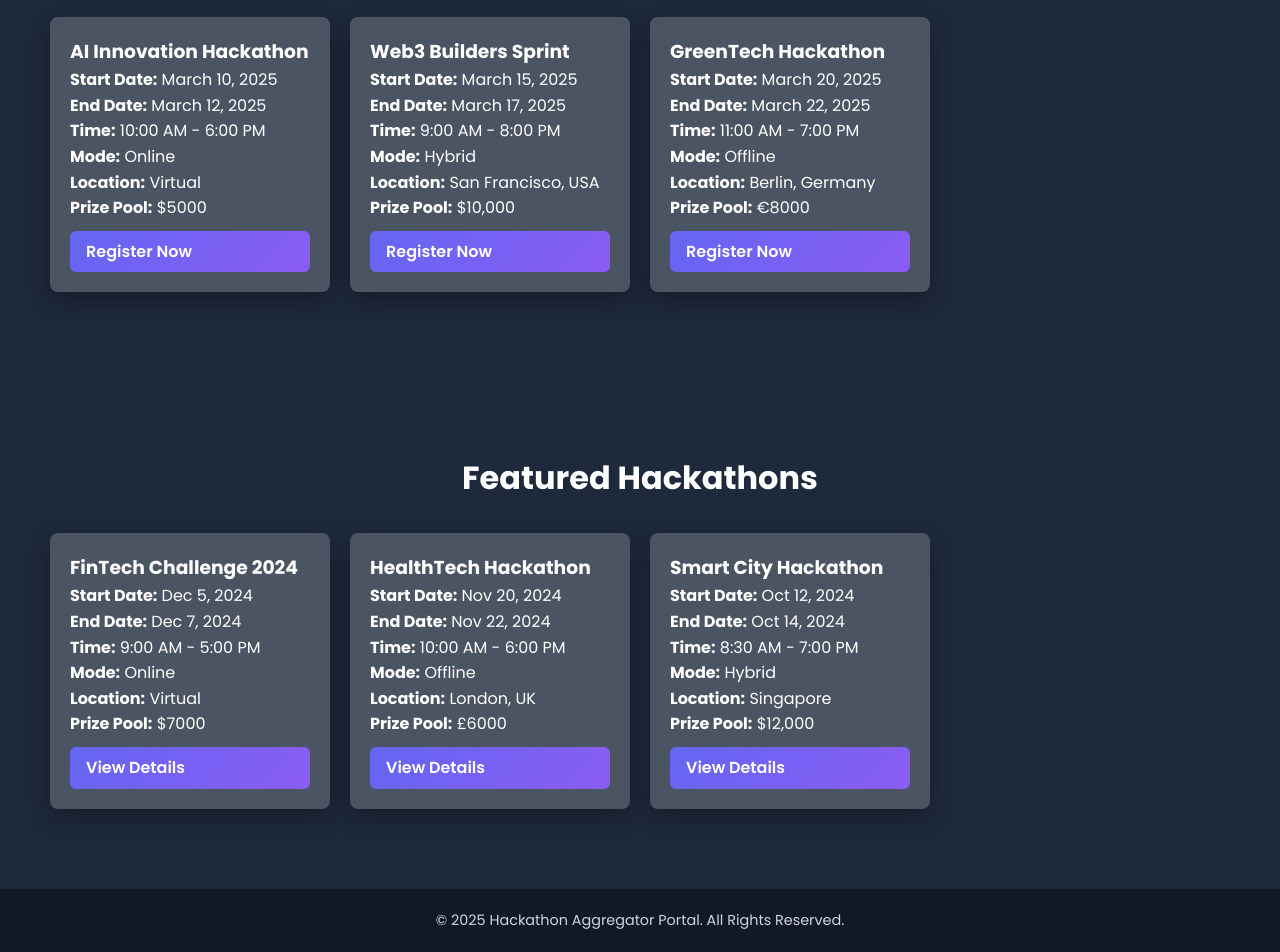
Repository: masihuddin-tech/Hackathon-Project
Page: index.html
An editor plug-in stored every save of this project. The page is shown before and after the next save, followed by the edit.
The browser window is 1280 px wide. The pictures show the part of the page from y = 864 to 1816 px (the page is 1816 px tall).
Backgrounds fixed to the window are drawn as part of the page.

Above is the page before, as saved 2025-09-07 13:01:54.
Not found: app.js

### index.html
<!DOCTYPE html>
<html lang="en">
<head>
  <meta charset="UTF-8" />
  <meta name="viewport" content="width=device-width, initial-scale=1.0" />
  <title>Hackathon Aggregator Portal</title>
  <link rel="stylesheet" href="style.css" />
  <link href="https://fonts.googleapis.com/css2?family=Poppins:wght@400;600;700&display=swap" rel="stylesheet" />
</head>
<body>

  <!-- Navbar -->
<header class="navbar">
  <div class="logo">HackPortal</div>
  <nav>
    <div class="nav-links">
      <a href="#current">Current Hackathons</a>
      <a href="#past">Featured Hackathons</a>
    </div>
    <div class="nav-buttons">
      <a href="login.html" id="login-btn" class="login-btn">Log In</a>
      <a href="signup.html" id="signup-btn" class="signup-btn">Sign Up</a>
    </div>
  </nav>

</header>

  <!-- Hero Section with Parallax -->
  <section class="hero">
    <div class="hero-content">
      <h1>Discover Your Next Big Coding Challenge</h1>
      <p>Join exciting hackathons, build innovative projects, and connect with the coding community.</p>
      <a href="#current" class="btn-secondary">Explore Hackathons</a>
    </div>
  </section>

  <!-- Current Hackathons -->
<section id="current" class="hackathons-section">
  <h2>Upcoming Hackathons</h2>
  <div class="hackathon-grid" id="current-hackathons">
    <!-- Dummy Cards -->
    <div class="card">
      <h3>AI Innovation Hackathon</h3>
      <p><strong>Start Date:</strong> March 10, 2025</p>
      <p><strong>End Date:</strong> March 12, 2025</p>
      <p><strong>Time:</strong> 10:00 AM - 6:00 PM</p>
      <p><strong>Mode:</strong> Online</p>
      <p><strong>Location:</strong> Virtual</p>
      <p><strong>Prize Pool:</strong> $5000</p>
      <a href="#">Register Now</a>
    </div>

    <div class="card">
      <h3>Web3 Builders Sprint</h3>
      <p><strong>Start Date:</strong> March 15, 2025</p>
      <p><strong>End Date:</strong> March 17, 2025</p>
      <p><strong>Time:</strong> 9:00 AM - 8:00 PM</p>
      <p><strong>Mode:</strong> Hybrid</p>
      <p><strong>Location:</strong> San Francisco, USA</p>
      <p><strong>Prize Pool:</strong> $10,000</p>
      <a href="#">Register Now</a>
    </div>

    <div class="card">
      <h3>GreenTech Hackathon</h3>
      <p><strong>Start Date:</strong> March 20, 2025</p>
      <p><strong>End Date:</strong> March 22, 2025</p>
      <p><strong>Time:</strong> 11:00 AM - 7:00 PM</p>
      <p><strong>Mode:</strong> Offline</p>
      <p><strong>Location:</strong> Berlin, Germany</p>
      <p><strong>Prize Pool:</strong> €8000</p>
      <a href="#">Register Now</a>
    </div>
  </div>
</section>

<!-- Past Hackathons -->
<section id="past" class="hackathons-section">
  <h2>Featured Hackathons</h2>
  <div class="hackathon-grid" id="past-hackathons">
    <!-- Dummy Cards -->
     <div class="card">
      <h3>FinTech Challenge 2024</h3>
      <p><strong>Start Date:</strong> Dec 5, 2024</p>
      <p><strong>End Date:</strong> Dec 7, 2024</p>
      <p><strong>Time:</strong> 9:00 AM - 5:00 PM</p>
      <p><strong>Mode:</strong> Online</p>
      <p><strong>Location:</strong> Virtual</p>
      <p><strong>Prize Pool:</strong> $7000</p>
      <a href="#">View Details</a>
    </div>

    <div class="card">
      <h3>HealthTech Hackathon</h3>
      <p><strong>Start Date:</strong> Nov 20, 2024</p>
      <p><strong>End Date:</strong> Nov 22, 2024</p>
      <p><strong>Time:</strong> 10:00 AM - 6:00 PM</p>
      <p><strong>Mode:</strong> Offline</p>
      <p><strong>Location:</strong> London, UK</p>
      <p><strong>Prize Pool:</strong> £6000</p>
      <a href="#">View Details</a>
    </div>

    <div class="card">
      <h3>Smart City Hackathon</h3>
      <p><strong>Start Date:</strong> Oct 12, 2024</p>
      <p><strong>End Date:</strong> Oct 14, 2024</p>
      <p><strong>Time:</strong> 8:30 AM - 7:00 PM</p>
      <p><strong>Mode:</strong> Hybrid</p>
      <p><strong>Location:</strong> Singapore</p>
      <p><strong>Prize Pool:</strong> $12,000</p>
      <a href="#">View Details</a>
    </div>
  </div>
</section>


  <!-- Footer -->
  <footer>
    <p>© 2025 Hackathon Aggregator Portal. All Rights Reserved.</p>
  </footer>
  <script src="app.js" type="module"></script>

</body>
</html>

### style.css
/* Reset */
* {
  margin: 0;
  padding: 0;
  box-sizing: border-box;
}

html {
  scroll-behavior: smooth;
}

body {
  font-family: 'Poppins', sans-serif;
  background: #0f172a; /* dark base */
  color: #f1f5f9;
  line-height: 1.6;
}

/* Navbar */
/* Frosted Glass Navbar */
.navbar {
  position: fixed;
  top: 0;
  left: 0;
  width: 100%;
  backdrop-filter: blur(12px) saturate(180%);
  -webkit-backdrop-filter: blur(12px) saturate(180%);
  background: rgba(255, 255, 255, 0.25); /* semi-transparent */
  border-bottom: 1px solid rgba(255, 255, 255, 0.3);
  display: flex;
  align-items: center;
  justify-content: space-between;
  padding: 15px 50px;
  z-index: 1000;
}



/* Logo left aligned */
.navbar .logo {
  font-size: 1.8rem;
  font-weight: 700;
  color: #ffffff;
  text-shadow: 0 1px 4px rgba(0, 0, 0, 0.4);
}


/* Nav container */
.navbar nav {
  flex: 1 1 auto;
  display: flex;
  justify-content: center;
  align-items: center;
  gap: 40px;
  position: relative;
}

/* Nav links center */
.navbar nav .nav-links {
  display: flex;
  gap: 30px;
  margin-left: -200px; /* slight left shift */
}

/* Login / Signup right */
.navbar nav .nav-buttons {
  position: absolute;
  right: -30px;
  top: 50%;
  transform: translateY(-50%);
  display: flex;
  gap: 10px;
}

/* General nav link style */
.navbar nav a {
  padding: 8px 16px;
  border: 2px solid #ffffff;
  border-radius: 25px;
  color: #ffffff;
  text-decoration: none;
  font-weight: 600;
  transition: all 0.3s ease;
  white-space: nowrap;
}

.navbar nav a:hover {
  background: rgba(255, 255, 255, 0.2);
  color: #030303; /* gold highlight on hover */
  border-color: #0b0b0a;
  transform: scale(1.05);
}

/* Login button */
#login-btn,#signup-btn {
  border: 2px solid #ffffff;
  color: white;
  border-radius: 25px;
  padding: 8px 18px;
  font-weight: 600;
  transition: all 0.3s ease;
}

#login-btn:hover,#signup-btn:hover {
  background: linear-gradient(135deg, #6366f1, #8b5cf6);
  border: 2px solid #ffffff;
  color: white;
  transform: scale(1.1);
}

/* Responsive */
@media (max-width: 768px) {
  .navbar {
    flex-wrap: wrap;
    padding: 10px 20px;
  }
  .navbar nav {
    flex-basis: 100%;
    justify-content: center;
    margin: 10px 0;
    position: static;
  }
  .navbar nav .nav-buttons {
    position: static;
    margin-top: 10px;
    justify-content: center;
    width: 100%;
  }
}

/* Hero Section */
.hero {
  background: linear-gradient(
      rgba(17, 17, 17, 0.6),
      rgba(17, 17, 17, 0.6)
    ),
    url('https://images.unsplash.com/photo-1555066931-4365d14bab8c?fit=crop&w=1600&q=80') center/cover fixed;
  height: 100vh;
  display: flex;
  align-items: center;
  justify-content: center;
  text-align: center;
  color: white;
  position: relative;
}

.hero h1 {
  font-size: 3.5rem;
  font-weight: 800;
  margin-bottom: 15px;
}

.hero p {
  font-size: 1.3rem;
  margin-bottom: 30px;
  color: #e5e7eb;
}

/* Hero Button */
.btn-secondary {
  padding: 12px 30px;
  border-radius: 8px;
  font-size: 1.1rem;
  font-weight: 600;
  background: linear-gradient(135deg, #6366f1, #8b5cf6);
  color: white;
  text-decoration: none;
  display: inline-block;
  transition: all 0.3s ease;
  border-radius: 50px;
}

.btn-secondary:hover {
  background: linear-gradient(135deg, #8b5cf6, #6366f1);
  box-shadow: 0 0 18px rgba(139, 92, 246, 0.8);
}

/* Hackathon Cards */
.hackathons-section {
  padding: 80px 50px;
  background: #1e293b;
  color: white;
}

.hackathons-section h2 {
  text-align: center;
  font-size: 2rem;
  margin-bottom: 30px;
}

.hackathon-grid {
  display: grid;
  grid-template-columns: repeat(auto-fill, minmax(280px, 1fr));
  gap: 20px;
}


.card {
  background: rgb(255, 255, 255, 0.2);
  border-radius: 8px;
  padding: 20px;
  box-shadow: 0 8px 25px rgba(0,0,0,0.3);
  transition: transform 0.3s, box-shadow 0.3s;
  min-height: 250px;  /* 🔥 Add this to increase card length */
  display: flex;
  flex-direction: column;
  justify-content: space-between; /* keeps button at bottom */
}

.card:hover {
  transform: translateY(-6px) scale(1.02);
  box-shadow: 0 12px 24px rgba(0,0,0,0.3);
}

.card a {
  display: inline-block;
  margin-top: 10px;
  padding: 8px 16px;
  background: linear-gradient(135deg, #6366f1, #8b5cf6);   /* 🔵 rich blue background */
  color: white;
  font-weight: 600;
  border-radius: 6px;
  text-decoration: none;
  transition: background 0.3s ease, transform 0.2s ease;
}

.card a:hover {
  transform: scale(1.03);
}



/* Footer */
footer {
  background: #111827;
  color: #d1d5db;
  padding: 20px;
  text-align: center;
  font-size: 0.9rem;
}

After the next save:
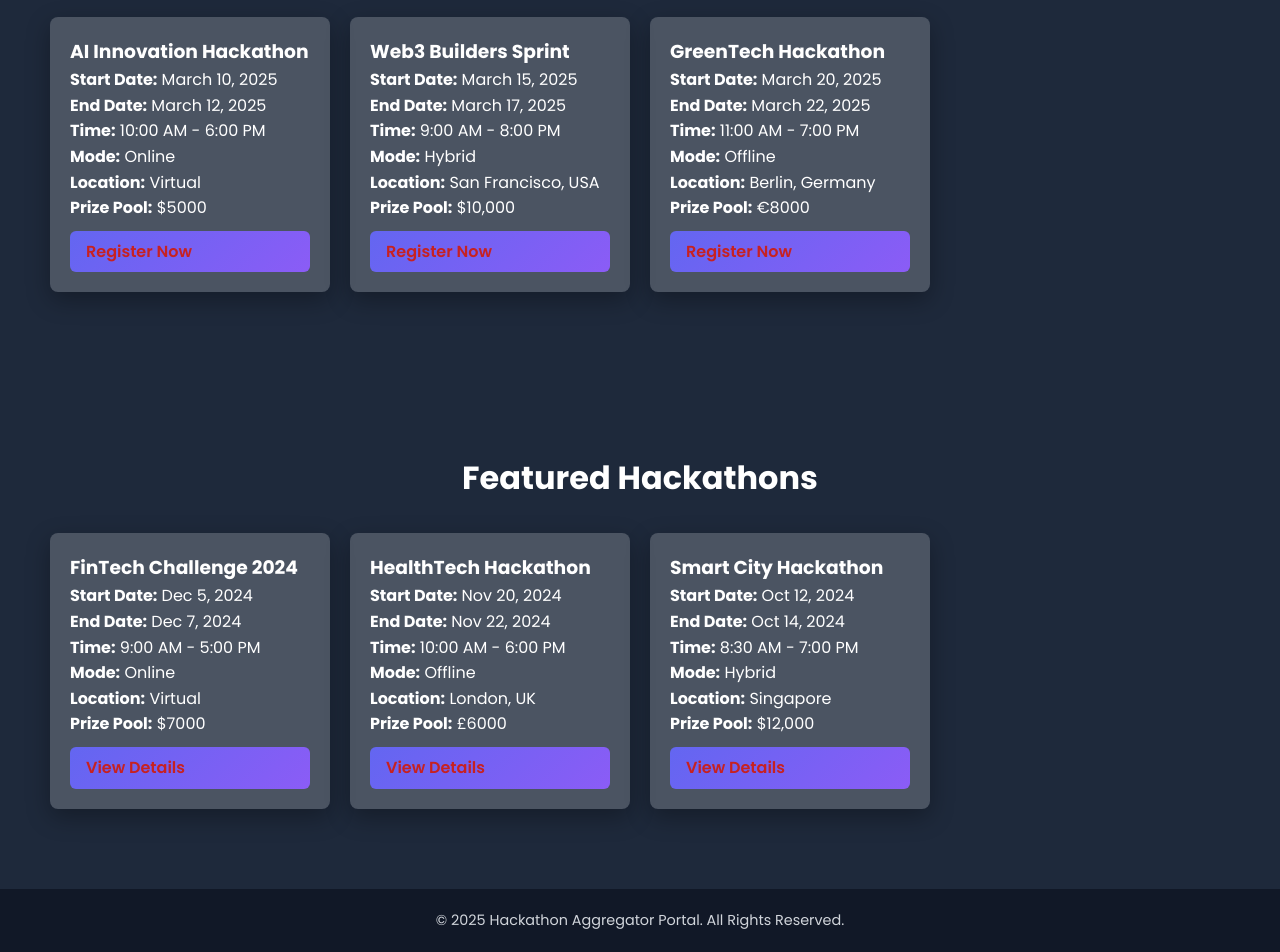
Saved 13 s later.
--- a/style.css
+++ b/style.css
@@ -217,7 +217,7 @@
   margin-top: 10px;
   padding: 8px 16px;
   background: linear-gradient(135deg, #6366f1, #8b5cf6);   /* 🔵 rich blue background */
-  color: white;
+  color: rgb(199, 33, 33);
   font-weight: 600;
   border-radius: 6px;
   text-decoration: none;

After the save that followed:
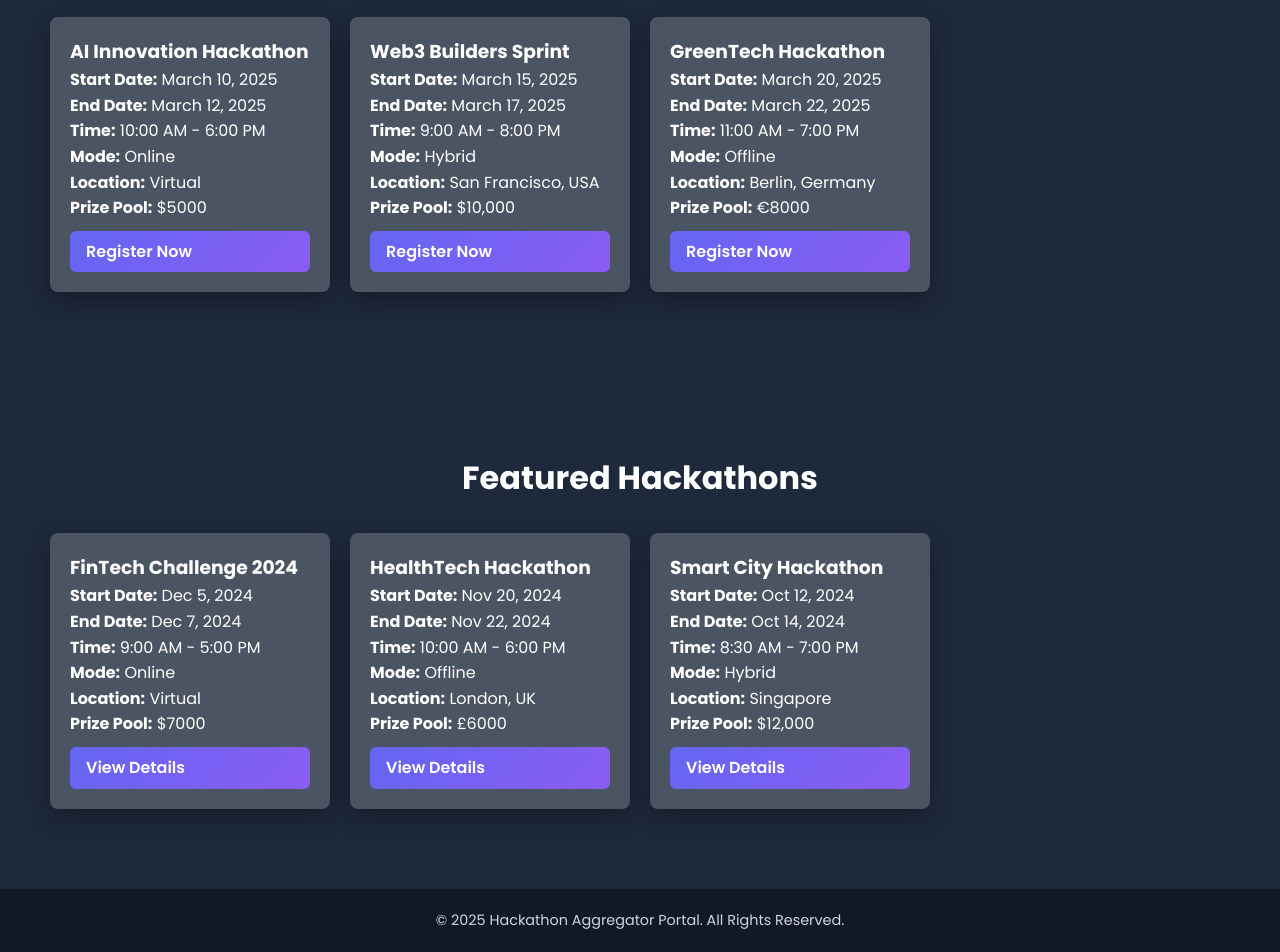
Saved 4 s later.
--- a/style.css
+++ b/style.css
@@ -217,7 +217,7 @@
   margin-top: 10px;
   padding: 8px 16px;
   background: linear-gradient(135deg, #6366f1, #8b5cf6);   /* 🔵 rich blue background */
-  color: rgb(199, 33, 33);
+  color: white;
   font-weight: 600;
   border-radius: 6px;
   text-decoration: none;
